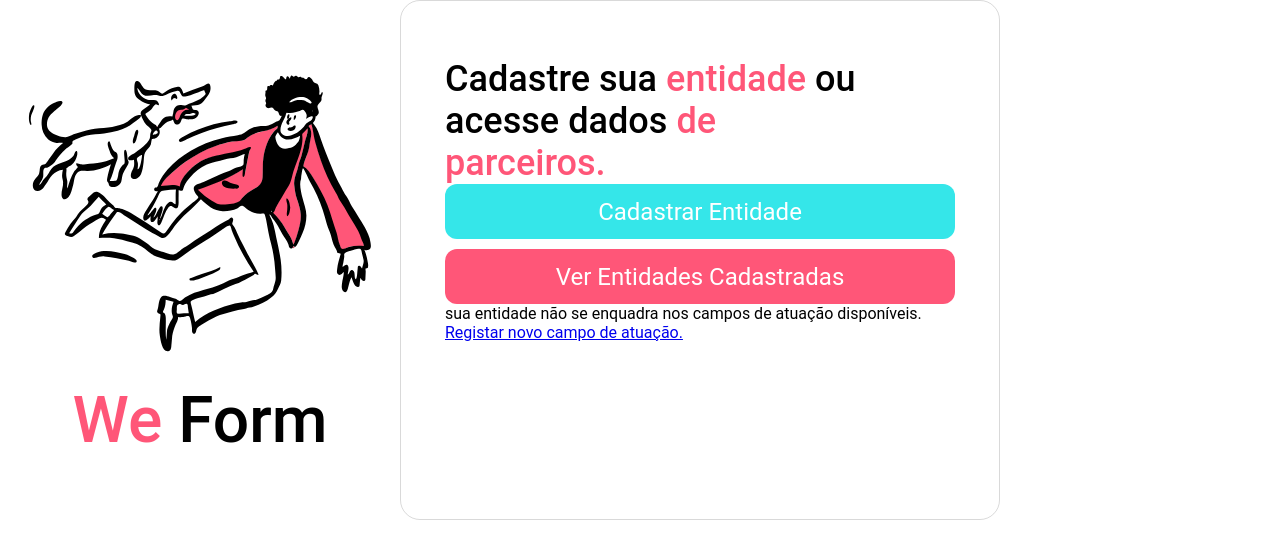
Repository: guilhermecardoso93/we-form
Page: index.html
An editor plug-in stored every save of this project. The page is shown before and after the next save, followed by the edit.
The browser window is 1280 px wide. The pictures show the whole page.
The pointer rests on the first visible `.buttons button`.

Above is the page before, as saved 2024-06-09 17:30:45.

After the next save:
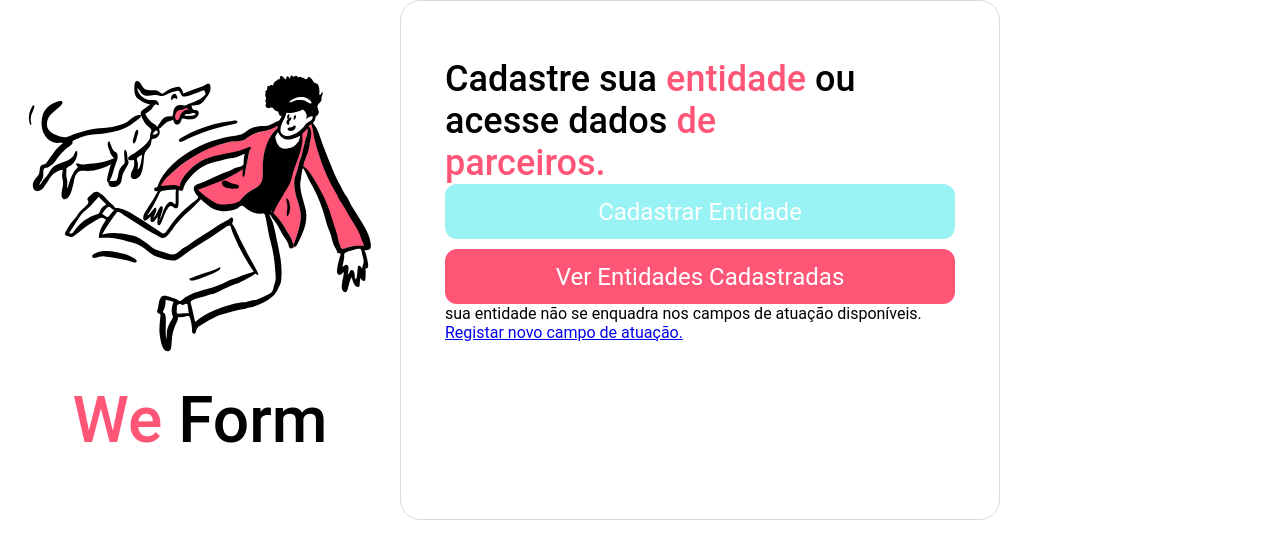
Saved 22 s later.
--- a/styles.css
+++ b/styles.css
@@ -71,6 +71,10 @@ main h2 {
   border-radius: 12px;
 }
 
+.buttons button:hover {
+  opacity: 0.5;
+}
+
 .buttons button a {
   text-decoration: none;
   color: #fff;
